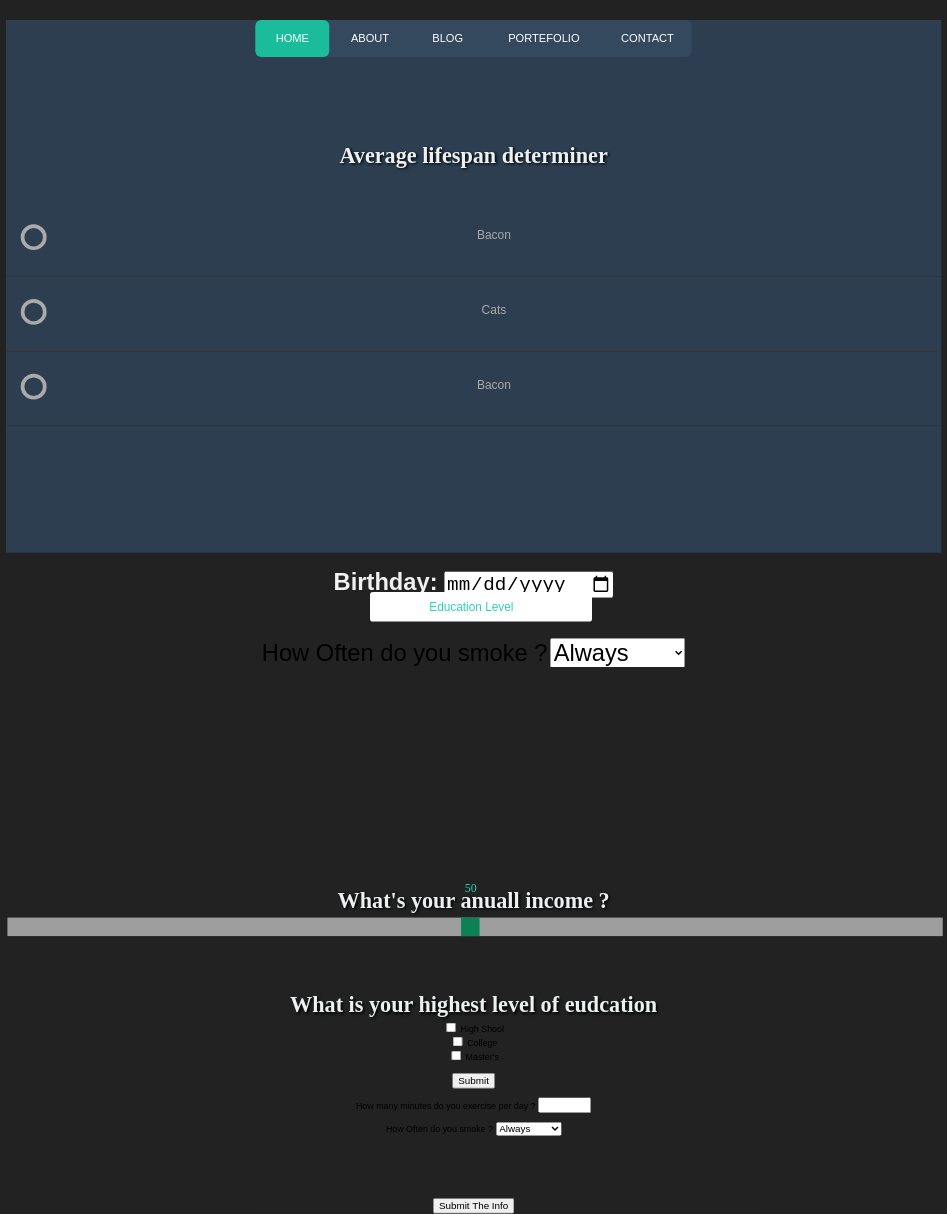
Repository: navid-amini12/capstone-1
Page: wordgame.html
These files come from the project's save history. The page is drawn as it stood at one moment and after the next save; the edit follows.
The browser window is 1280 px wide. The pictures show the whole page, at 74% of full size.

Above is the page before, as saved 2022-06-02 10:52:23.

After the next save:
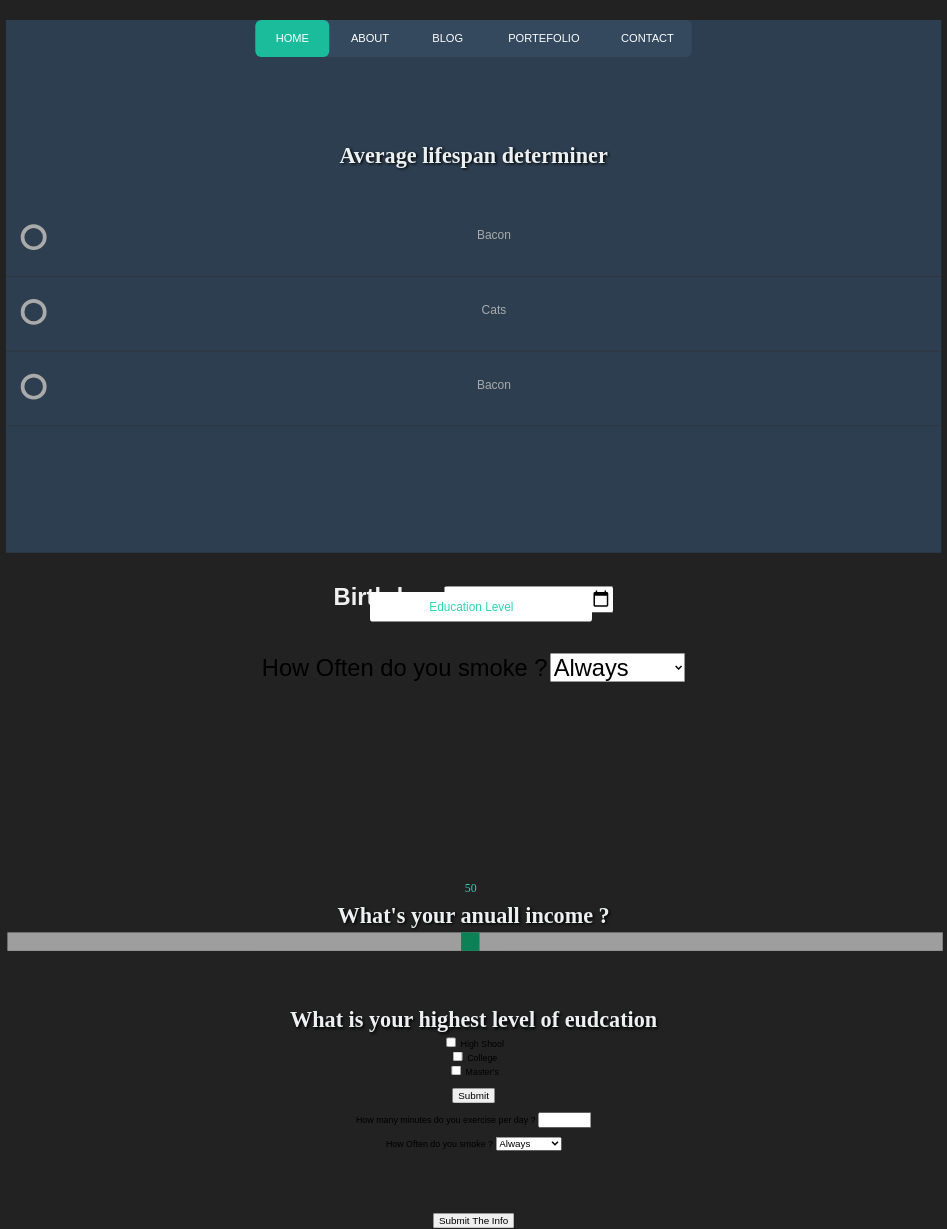
Saved 10 s later.
--- a/Life.css
+++ b/Life.css
@@ -474,7 +474,7 @@ body, html{
 
 .container90{
  text-align: center;
- margin-bottom: 100px;
+ margin-bottom: 120px;
 }
 
 h2 {
